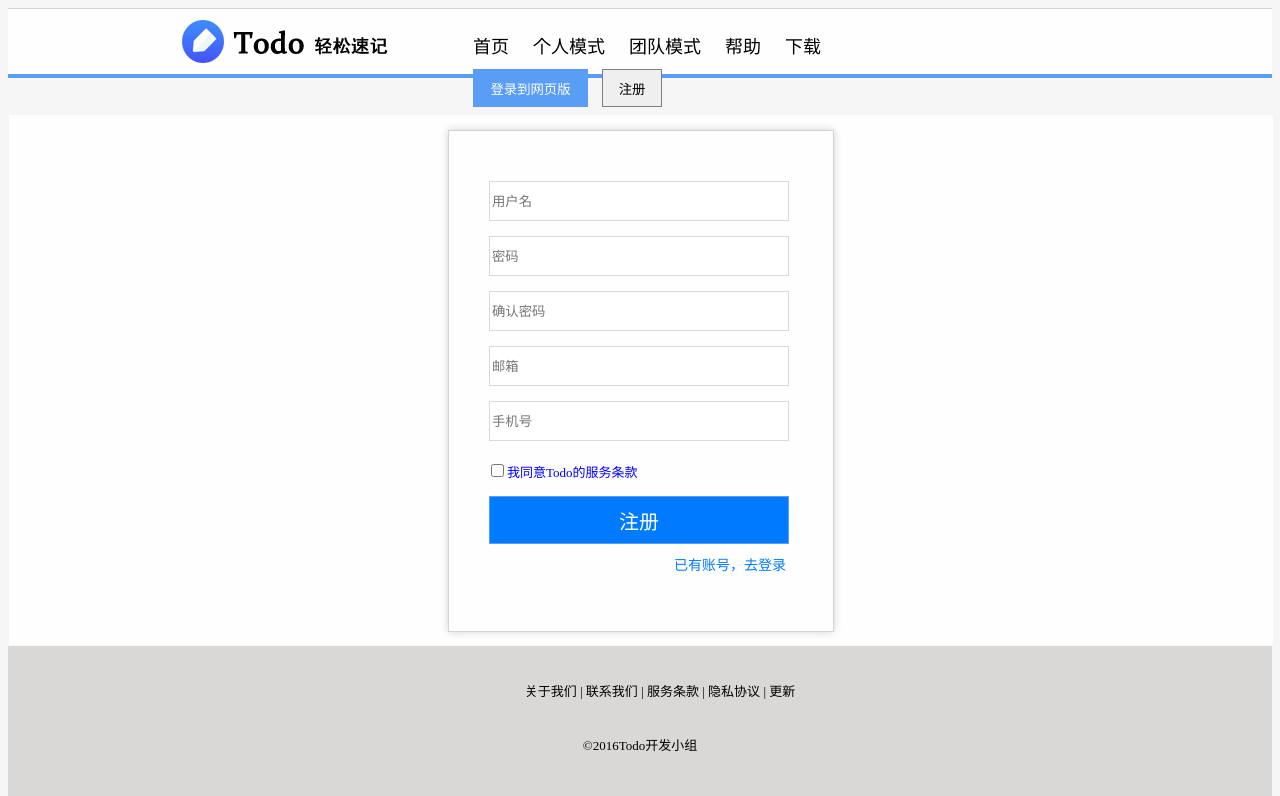
Repository: lengchang/Todo
Page: http://localhost/Todoweb/register.jsp
The author's editor kept a copy of each file at every save. The page is drawn from the files as they stood at one save, then again after the next save.
The browser window is 1280 px wide. The pictures show the whole page.
The page is served by Tomcat 9. The template is opened directly, without the code that normally fills it, so the values that code supplies are empty.

Above is the page before, as saved 2016-12-13 14:16:28.

After the next save:
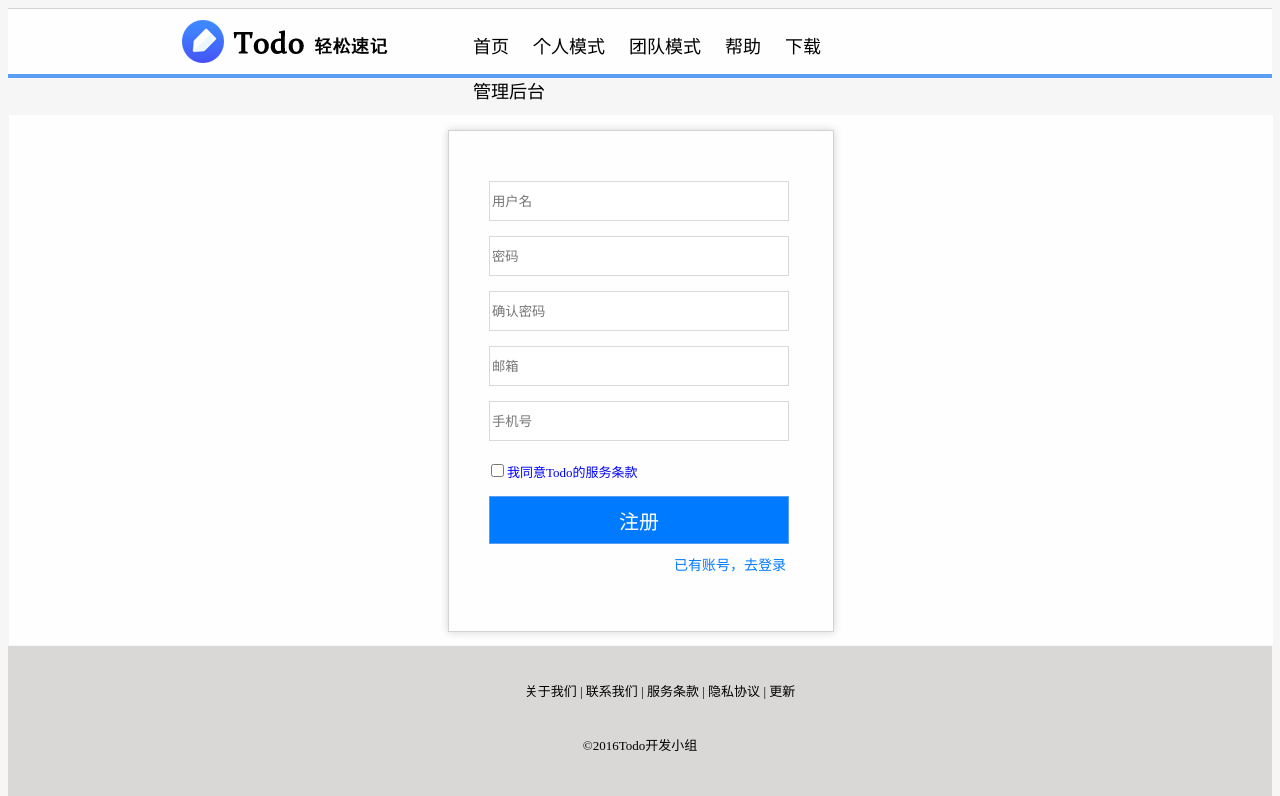
Saved 3 min 39 s later.
--- a/Todoweb/WebContent/Master/nav.jsp
+++ b/Todoweb/WebContent/Master/nav.jsp
@@ -13,9 +13,7 @@
 		<a href="download.html" id="download"><li>下载</li></a>
 		<a href="/Todoweb/WEB-INF/root/admin.jsp"><li>管理后台</li></a>
 	</ul>
-</nav>
-<div id="top_button">
-	<s:if test="#session['username']!=null">
+		<s:if test="#session['username']!=null">
 		<a href="/Todoweb/acessUserinfo.action">${session.username}</a>
 		<a href="/Todoweb/logout.action">logout</a>
 	</s:if>
@@ -23,4 +21,7 @@
 		<a href="/Todoweb/login.jsp"><button id="button_login">登录到网页版</button></a>
 		<a href="/Todoweb/register.jsp"><button id="button_regist">注册</button></a>
 	</s:if>
+</nav>
+<div id="top_button">
+
 </div>

After the save that followed:
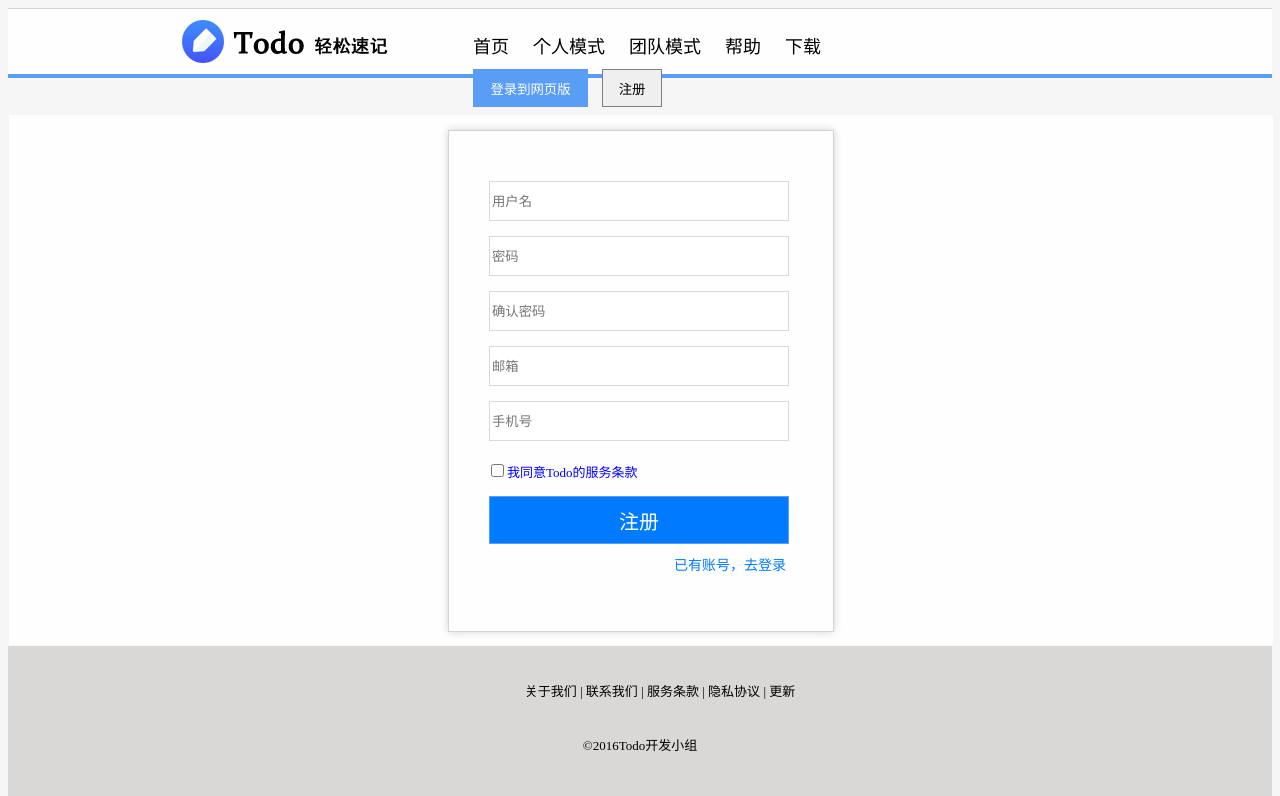
Saved 37 s later.
--- a/Todoweb/WebContent/Master/nav.jsp
+++ b/Todoweb/WebContent/Master/nav.jsp
@@ -13,7 +13,9 @@
 		<a href="download.html" id="download"><li>下载</li></a>
 		<a href="/Todoweb/WEB-INF/root/admin.jsp"><li>管理后台</li></a>
 	</ul>
-		<s:if test="#session['username']!=null">
+</nav>
+<div id="top_button">
+	<s:if test="#session['username']!=null">
 		<a href="/Todoweb/acessUserinfo.action">${session.username}</a>
 		<a href="/Todoweb/logout.action">logout</a>
 	</s:if>
@@ -21,7 +23,4 @@
 		<a href="/Todoweb/login.jsp"><button id="button_login">登录到网页版</button></a>
 		<a href="/Todoweb/register.jsp"><button id="button_regist">注册</button></a>
 	</s:if>
-</nav>
-<div id="top_button">
-
 </div>
